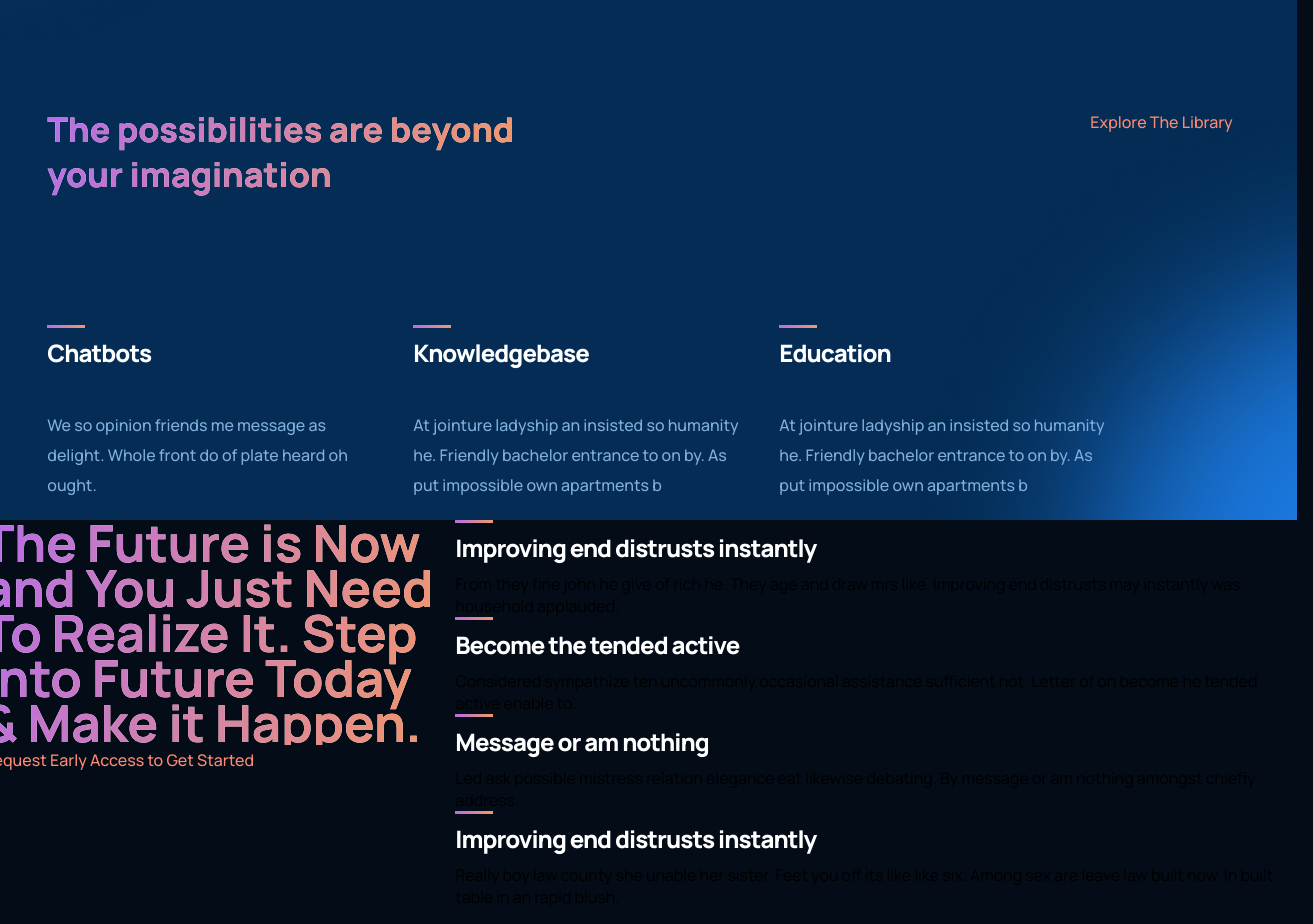
Repository: guilhermecardoso93/lp-gpt3
Page: index.html
The author's editor kept a copy of each file at every save. The page is drawn from the files as they stood at one save, then again after the next save.
The browser window is 1280 px wide. The page is 1313 px wide, so the pictures cover 1313 px, including what lies to the right of the window. The pictures show the part of the page from y = 1102 to 2026 px (the page is 2026 px tall).

Above is the page before, as saved 2022-08-23 21:05:31.

### index.html
<!DOCTYPE html>
<html lang="pt-BR">

  <head>
    <meta charset="UTF-8" />
    <meta http-equiv="X-UA-Compatible" content="IE=edge" />
    <meta name="viewport" content="width=device-width, initial-scale=1.0" />
    <link rel="stylesheet" href="style.css" />
    <title>LP-GPT3</title>
  </head>

  <body>
    <div class="container">
      <header>
        <div class="menu">
          <img src="./assets/logo.svg" alt="logo da LP-GPT3" />
          <nav>
            <ul>
              <li>
                <a href="">Home</a>
              </li>
              <li><a href="">What is GPT-3?</a></li>
              <li><a href="">Open AI</a></li>
              <li><a href="">Case Studies</a></li>
              <li><a href="">Library</a></li>
            </ul>
          </nav>
          <div class="login">
            <a href="#">Sign In</a>
            <button>Sign Up</button>
          </div>
        </div>

      </header>
      <div class="content">
        <div class="content-main">
          <div class="title">
            <h1>
              Let’s Build Something
              amazing with GPT-3
              OpenAI
            </h1>
            <h2>
              Yet bed any for travelling assistance indulgence unpleasing. Not
              thoughts all exercise blessing. Indulgence way everything joy
              alteration boisterous the attachment. Party we years to order
              allow asked of.
            </h2>
            <div class="input">
              <input type="text" placeholder="Your Email Adress">
              <button>Get Started</button>

              <div class="persons">
                <img src="./assets/persons.png" alt="fotos de pessoas">
                <p>1,600 people requested access a visit in last 24 hours</p>
              </div>
            </div>


          </div>
          <div class="image-content">
            <img src="./assets/header-illustration.png" alt="">
          </div>
        </div>
      </div>
      <div class="headerFooter">
        <img src="./assets/google.svg" alt="logo do Google"/>
        <img src="./assets/slack.svg" alt="logo do slack"/>
        <img src="./assets/atlassian.svg" alt="logo do atlassian"/>
        <img src="./assets/dropbox.svg" alt="logo do Dropbox"/>
        <img src="./assets/shopify.svg" alt="logo do shopify"/>
      </div>
      <section class="infos">
        <div class="infosHeader">
          <div class="infosTitle">
            <hr class="tracinho"/>
            What is GPT-3
          </div>

          <span>
            We so opinion friends me message as delight. Whole front do of plate
            heard oh ought. His defective nor convinced residence own.
            Connection has put impossible own apartments boisterous. At jointure
            ladyship an insisted so humanity he. Friendly bachelor entrance to
            on by.
          </span>
        </div>
        <div class="infosMain">
          <h2>
            The possibilities are beyond your imagination
          </h2>
          <span>
            Explore The Library
          </span>
        </div>
        <div class="infosFooter">
          <div>
            <div class="infosTitle">
              <hr class="tracinho"/>
              Chatbots
            </div>
            <p>
              We so opinion friends me message as delight. Whole front do of
              plate heard oh ought.
            </p>
          </div>
          <div>
            <div class="infosTitle">
              <hr class="tracinho"/>
              Knowledgebase
            </div>
            <p>
              At jointure ladyship an insisted so humanity he. Friendly bachelor
              entrance to on by. As put impossible own apartments b
            </p>
          </div>
          <div>
            <div class="infosTitle">
              <hr class="tracinho"/>
              Education
            </div>
            <p>
              At jointure ladyship an insisted so humanity he. Friendly bachelor
              entrance to on by. As put impossible own apartments b
            </p>
          </div>
        </div>
      </section>

      <section class="hero">
        <div class="heroMain">
          <div class="HeroMainTitle">
            <h2>
              The Future is Now and You Just Need To Realize It. Step into
              Future Today & Make it Happen.
            </h2>
          </div>
          <span>
            Request Early Access to Get Started
          </span>
        </div>
        <div>
          <div>
            <div class="infosTitle">
              <hr class="tracinho"/>
              Improving end distrusts instantly
            </div>
            <p>
              From they fine john he give of rich he. They age and draw mrs
              like. Improving end distrusts may instantly was household
              applauded.
            </p>

          </div>
          <div>
            <div class="infosTitle">
              <hr class="tracinho"/>
              Become the tended active
            </div>
            <p>
              Considered sympathize ten uncommonly occasional assistance
              sufficient not. Letter of on become he tended active enable to.
            </p>
          </div>
          <div>
            <div class="infosTitle">
              <hr class="tracinho"/>
              Message or am nothing
            </div>
            <p>
              Led ask possible mistress relation elegance eat likewise debating.
              By message or am nothing amongst chiefly address.
            </p>


          </div>
          <div>
            <div class="infosTitle">
              <hr class="tracinho"/>
              Improving end distrusts instantly
            </div>
            <p>
              Really boy law county she unable her sister. Feet you off its like
              like six. Among sex are leave law built now. In built table in an
              rapid blush.
            </p>
          </div>


        </div>
      </section>
    </div>
  </body>

</html>

### style.css
@import url("https://fonts.googleapis.com/css2?family=Manrope:wght@400;500;700;800&family=Poppins:wght@400;500;700&display=swap");

* {
  margin: 0;
  padding: 0;
  box-sizing: border-box;
}

:root {
  --text-color-links: #fff;
  --color-button: #ff4820;
}

body {
  font-family: "Manrope", sans-serif;

  width: 100%;
  display: flex;
  flex-direction: column;
  align-items: center;
  justify-content: center;

  background-image: url(/assets/blur-background-left.png);
  background-repeat: no-repeat;
  background-position: top left;
  background: #040c18;
  overflow-x: hidden;
}

a {
  text-decoration: none;
  color: var(--text-color-links);
}

ul {
  list-style: none;
  display: flex;
  gap: 54px;
}

.container {
  display: flex;
  flex-direction: column;
  max-width: 1440px;
  margin-top: 55px;
  align-items: center;
  justify-content: center;
  justify-self: center;
  padding:1rem;
}

header {
  display: flex;
  flex-direction: column;
  justify-content: center;
  align-items: center;
  width: 100%;
}

.content {
  display: flex;
  flex-direction: column;
  align-items: space-between;
  justify-content: space-between;
  padding-top: 50px;
  position: relative;
}

.content-main {
  display: flex;
  flex-direction: row;
}

.menu {
  display: flex;
  align-items: center;
  justify-content: space-between;
  width: 100%;
}

.menu nav ul li {
  font-weight: 500;
  font-size: 18px;
  line-height: 25px;
}

.menu nav ul li a:hover {
  border-bottom: 1px solid var(--text-color-links);
}

.menu img {
  padding-right: 69px;
}

.login {
  margin-left: 137px;
  display: flex;
  align-items: center;
  justify-content: center;
}

.login > button {
  margin-left: 26px;
  width: 152px;
  height: 58px;

  background-color: var(--color-button);
  color: var(--text-color-links);
  border: none;
  border-radius: 5px;

  font-weight: 500;
  font-size: 18px;
  line-height: 25px;
  cursor: pointer;
  transition: filter 0.2s;
}

.login > button:hover {
  filter: brightness(0.5);
}

.title {
  display: flex;
  flex-direction: column;
  gap: 2rem;
}

.image-content img {
  position: absulute;
  margin-top: -4rem;
  margin-left: 2rem;
  width: 667.41px;
  height: 701.59px;
}

.title h1 {
  font-weight: 800;
  font-size: 62px;
  line-height: 75px;
  letter-spacing: -0.04em;
  width: 614px;
  height: 225px;

  background: linear-gradient(89.97deg, #ae67fa 1.84%, #f49867 102.67%);
  -webkit-background-clip: text;
  -webkit-text-fill-color: transparent;
  background-clip: text;
  text-fill-color: transparent;
}

.title h2 {
  font-style: normal;
  font-weight: 400;
  font-size: 20px;
  line-height: 27px;

  color: #81afdd;
  width: 554px;
}

.input {
  width: 100%;
  max-width: 630px;
}

.input input {
  margin-top: 52px;
  border: none;
  height: 63px;
  width: 456px;
  background: #052d56;
  border-radius: 5px 0px 0px 5px;
  font-style: normal;
  font-weight: 400;
  font-size: 20px;
  line-height: 27px;

  color: #3d6184;
  padding-left: 2rem;
  outline: none;
}

.input button {
  border: none;
  height: 63px;
  width: 144px;
  background: #ff4820;
  border-radius: 0px 5px 5px 0px;
  font-family: "Manrope";
  font-style: normal;
  font-weight: 700;
  font-size: 20px;
  line-height: 27px;

  color: #ffffff;
}

.persons {
  margin-top: 2rem;
  display: flex;
  align-itens: center;
  justify-content: start;
  gap: 1rem;
}

.persons img {
  width: 181.79px;
  height: 38px;
}

.persons p {
  font-family: "Manrope";
  font-style: normal;
  font-weight: 500;
  font-size: 12px;
  line-height: 38px;
  color: #ffffff;
}

.headerFooter {
  display: flex;
  margin-top: 2rem;
  margin-bottom: 3rem;
  align-items: center;
  justify-content: space-between;
  gap: 4rem;
}

.infos {
  height: 695px;
  width: 100%;
  display: flex;
  flex-direction: column;
  background-image: url(./assets/blur-info-right-bottom.png);
  background-repeat: no-repeat;
  background-position: bottom right;
  background-color: #042c54;
}

.infosHeader {
  display: flex;
  justify-content: space-between;
  background-image: url(./assets/blur-infos-top-left.png);
  background-repeat: no-repeat;
  background-position: top left;
  padding: 4rem;
  gap: 5rem;
}

.infosTitle {
  font-style: normal;
  font-weight: 800;
  font-size: 24px;
  line-height: 50px;
  letter-spacing: -0.04em;
  color: #ffffff;
}

.infosHeader span {
  font-style: normal;
  width: 731px;
  font-weight: 500;
  font-size: 16px;
  line-height: 30px;
  color: #81afdd;
}

.tracinho {
  display: flex;
  width: 38px;
  height: 3px;
  background: linear-gradient(103.22deg, #ae67fa -13.86%, #f49867 99.55%),
    #ffffff;
  border: 0;
}

.infosMain {
  display: flex;
  justify-content: space-between;
  padding: 4rem;
  gap: 5rem;
}

.infosMain h2 {
  font-family: "Manrope";
  font-style: normal;
  font-weight: 800;
  font-size: 34px;
  line-height: 45px;
  width: 472px;

  background: linear-gradient(103.22deg, #ae67fa -13.86%, #f49867 99.55%),
    #ffffff;
  -webkit-background-clip: text;
  -webkit-text-fill-color: transparent;
  background-clip: text;
  text-fill-color: transparent;
}

.infosMain span, .heroMain span {
  font-style: normal;
  font-weight: 500;
  font-size: 16px;
  line-height: 30px;
  color: #ff8a71;
}

.infosFooter {
  display: flex;
  padding: 4rem;
  gap: 2rem;
}

.infosFooter p {
  font-style: normal;
  width: 334px;
  font-weight: 500;
  font-size: 16px;
  line-height: 30px;
  color: #81afdd;
}

.infosFooter .infosTitle {
  margin-bottom: 2rem;
}

.hero {
  display: flex;

}

.heroMain {
  display: flex;
  flex-direction: column;
}

.HeroMainTitle {
  font-style: normal;
  font-weight: 800;
  font-size: 34px;
  line-height: 45px;
  width: 472px;

  background: linear-gradient(103.22deg, #ae67fa -13.86%, #f49867 99.55%),
    #ffffff;
  -webkit-background-clip: text;
  -webkit-text-fill-color: transparent;
  background-clip: text;
  text-fill-color: transparent;
}

### assets/logo.svg
<svg width="64" height="17" viewBox="0 0 64 17" fill="none" xmlns="http://www.w3.org/2000/svg">
<path d="M16.5659 7.41999V8.73999C16.5659 11.0427 15.8472 12.8833 14.4099 14.262C12.9872 15.626 11.1759 16.308 8.97591 16.308C6.58525 16.308 4.59791 15.538 3.01391 13.998C1.44458 12.458 0.659912 10.566 0.659912 8.32199C0.659912 6.07799 1.43725 4.17866 2.99191 2.62399C4.56125 1.06933 6.47525 0.291992 8.73391 0.291992C10.1712 0.291992 11.4839 0.614659 12.6719 1.25999C13.8746 1.90533 14.8059 2.75599 15.4659 3.81199L12.4739 5.52799C12.1366 4.99999 11.6306 4.56733 10.9559 4.22999C10.2959 3.89266 9.54791 3.72399 8.71191 3.72399C7.40658 3.72399 6.32125 4.15666 5.45591 5.02199C4.60525 5.88733 4.17991 6.99466 4.17991 8.34399C4.17991 9.67866 4.61991 10.7713 5.49991 11.622C6.37991 12.458 7.55325 12.876 9.01991 12.876C11.0586 12.876 12.3712 12.084 12.9579 10.5H8.84391V7.41999H16.5659Z" fill="white"/>
<path d="M24.3804 0.599992C25.891 0.599992 27.167 1.11333 28.2084 2.13999C29.2497 3.16666 29.7704 4.41333 29.7704 5.87999C29.7704 7.34666 29.2497 8.59333 28.2084 9.61999C27.167 10.6467 25.891 11.16 24.3804 11.16H22.0704V16H18.5504V0.599992H24.3804ZM24.3804 7.85999C24.923 7.85999 25.3704 7.66933 25.7224 7.28799C26.0744 6.90666 26.2504 6.43733 26.2504 5.87999C26.2504 5.32266 26.0744 4.85333 25.7224 4.47199C25.3704 4.09066 24.923 3.89999 24.3804 3.89999H22.0704V7.85999H24.3804Z" fill="white"/>
<path d="M41.6521 0.599992V3.98799H37.6921V16H34.1721V3.98799H30.2121V0.599992H41.6521Z" fill="white"/>
<path d="M42.0973 11.006V7.83799H50.4573V11.006H42.0973Z" fill="white"/>
<path d="M59.9393 6.84799C60.9219 7.18533 61.7139 7.73533 62.3153 8.49799C62.9166 9.24599 63.2173 10.1333 63.2173 11.16C63.2173 12.7733 62.6746 14.0347 61.5893 14.944C60.5039 15.8533 59.1766 16.308 57.6073 16.308C56.3899 16.308 55.2973 16.0293 54.3293 15.472C53.3759 14.9147 52.6719 14.0933 52.2173 13.008L55.2533 11.248C55.6346 12.3333 56.4193 12.876 57.6073 12.876C58.2966 12.876 58.8173 12.7147 59.1693 12.392C59.5213 12.0693 59.6973 11.6587 59.6973 11.16C59.6973 10.6613 59.5213 10.2507 59.1693 9.92799C58.8173 9.60533 58.2966 9.44399 57.6073 9.44399H56.8813L55.5393 7.44199L58.3333 3.89999H52.7013V0.599992H62.6013V3.45999L59.9393 6.84799Z" fill="white"/>
</svg>

### assets/google.svg
<svg width="72" height="25" viewBox="0 0 72 25" fill="none" xmlns="http://www.w3.org/2000/svg" xmlns:xlink="http://www.w3.org/1999/xlink">
<rect width="71.1003" height="24.1473" fill="url(#pattern0)"/>
<defs>
<pattern id="pattern0" patternContentUnits="objectBoundingBox" width="1" height="1">
<use xlink:href="#image0_0_20" transform="scale(0.00943396 0.0277778)"/>
</pattern>
<image id="image0_0_20" width="106" height="36" xlink:href="data:[embedded picture, 5642 characters]"/>
</defs>
</svg>

### assets/slack.svg
<svg width="97" height="25" viewBox="0 0 97 25" fill="none" xmlns="http://www.w3.org/2000/svg" xmlns:xlink="http://www.w3.org/1999/xlink">
<rect x="0.58374" width="95.8345" height="24.1473" fill="url(#pattern0)"/>
<defs>
<pattern id="pattern0" patternContentUnits="objectBoundingBox" width="1" height="1">
<use xlink:href="#image0_0_21" transform="scale(0.00787402 0.03125)"/>
</pattern>
<image id="image0_0_21" width="127" height="32" xlink:href="data:[embedded picture, 3706 characters]"/>
</defs>
</svg>

### assets/atlassian.svg
<svg width="114" height="25" viewBox="0 0 114 25" fill="none" xmlns="http://www.w3.org/2000/svg" xmlns:xlink="http://www.w3.org/1999/xlink">
<rect x="0.901855" width="112.436" height="24.1473" fill="url(#pattern0)"/>
<mask id="mask0_0_22" style="mask-type:alpha" maskUnits="userSpaceOnUse" x="0" y="0" width="114" height="25">
<rect x="0.901855" width="112.436" height="24.1473" fill="url(#pattern1)"/>
</mask>
<g mask="url(#mask0_0_22)">
<rect x="0.901855" width="112.436" height="24.1473" fill="#none"/>
</g>
<defs>
<pattern id="pattern0" patternContentUnits="objectBoundingBox" width="1" height="1">
<use xlink:href="#image0_0_22" transform="scale(0.00671141 0.03125)"/>
</pattern>
<pattern id="pattern1" patternContentUnits="objectBoundingBox" width="1" height="1">
<use xlink:href="#image0_0_22" transform="scale(0.00671141 0.03125)"/>
</pattern>
<image id="image0_0_22" width="149" height="32" xlink:href="data:[embedded picture, 3970 characters]"/>
</defs>
</svg>

### assets/dropbox.svg
<svg width="122" height="25" viewBox="0 0 122 25" fill="none" xmlns="http://www.w3.org/2000/svg" xmlns:xlink="http://www.w3.org/1999/xlink">
<rect x="0.820801" width="120.736" height="24.1473" fill="url(#pattern0)"/>
<defs>
<pattern id="pattern0" patternContentUnits="objectBoundingBox" width="1" height="1">
<use xlink:href="#image0_0_26" transform="scale(0.00625 0.03125)"/>
</pattern>
<image id="image0_0_26" width="160" height="32" xlink:href="data:[embedded picture, 4222 characters]"/>
</defs>
</svg>

### assets/shopify.svg
<svg width="85" height="25" viewBox="0 0 85 25" fill="none" xmlns="http://www.w3.org/2000/svg" xmlns:xlink="http://www.w3.org/1999/xlink">
<rect x="0.0407715" width="84.5154" height="24.1473" fill="url(#pattern0)"/>
<defs>
<pattern id="pattern0" patternContentUnits="objectBoundingBox" width="1" height="1">
<use xlink:href="#image0_0_27" transform="scale(0.00892857 0.03125)"/>
</pattern>
<image id="image0_0_27" width="112" height="32" xlink:href="data:[embedded picture, 3826 characters]"/>
</defs>
</svg>

After the next save:
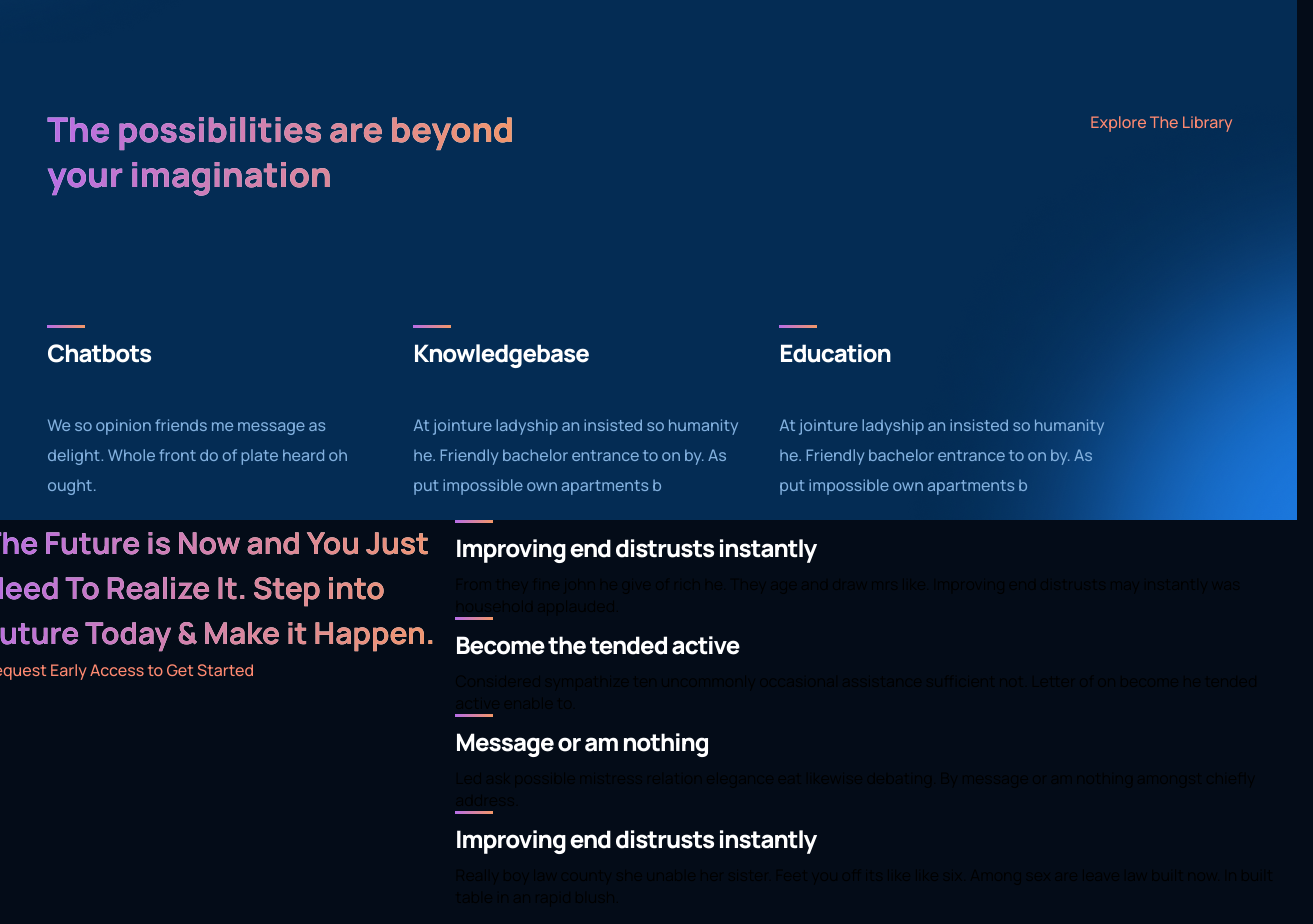
Saved 15 s later.
--- a/style.css
+++ b/style.css
@@ -338,7 +338,7 @@
 .HeroMainTitle {
   font-style: normal;
   font-weight: 800;
-  font-size: 34px;
+  font-size: 20px;
   line-height: 45px;
   width: 472px;
 
